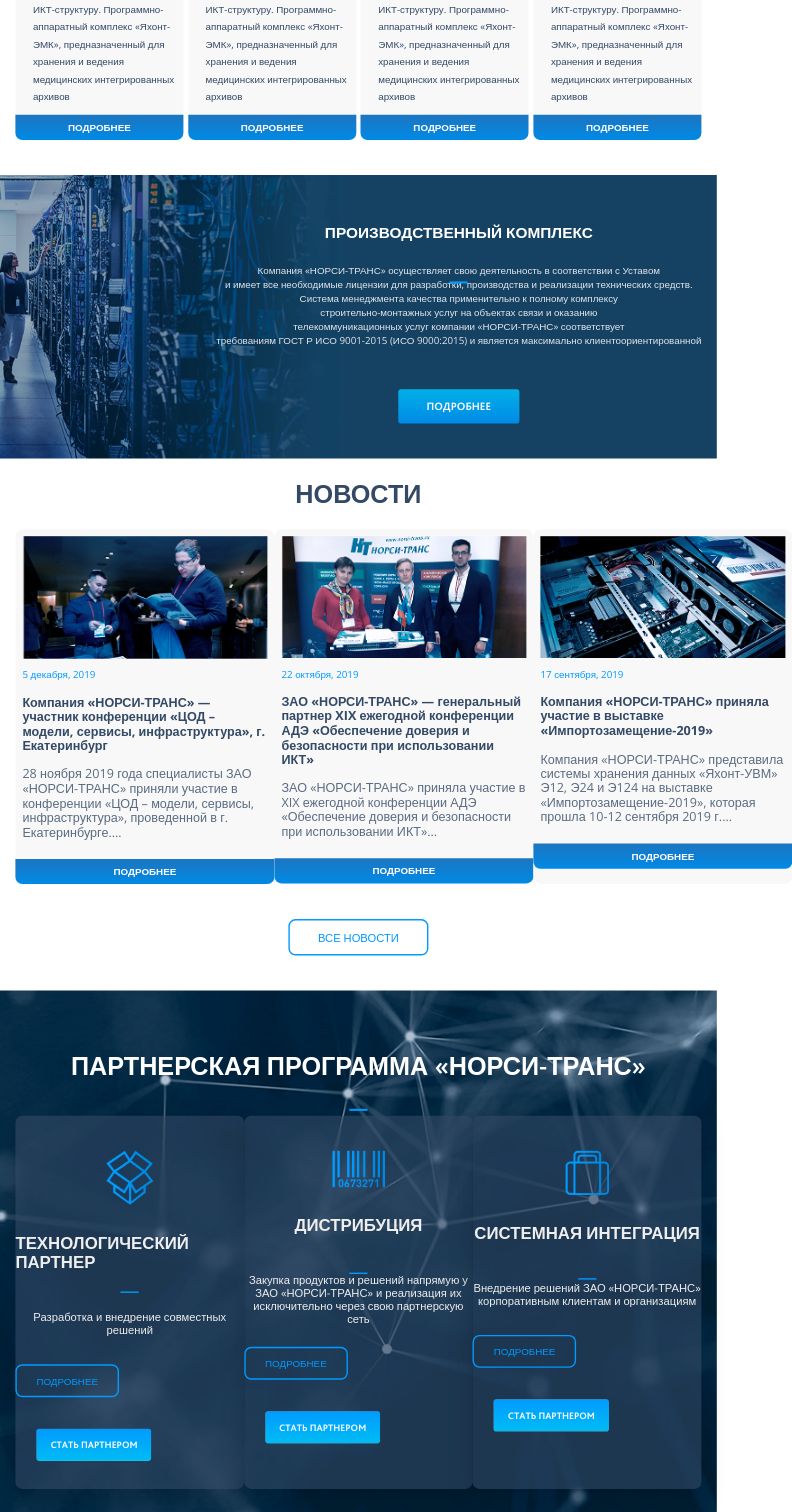
Repository: frostnn/testTaskBurbon
Page: app/index.html
These files come from the project's save history. The page is drawn as it stood at one moment and after the next save; the edit follows.
The browser window is 1024 px wide. The page is 1132 px wide, so the pictures cover 1132 px, including what lies to the right of the window. The pictures show the part of the page from y = 920 to 3080 px (the page is 3411 px tall before and 3429 px after), at 70% of full size.
The style sheet was rebuilt from its Sass, Less or Tailwind sources for each picture, by a compiler version that may differ from the author's.

Above is the page before, as saved 2020-07-16 10:42:24.

After the next save:
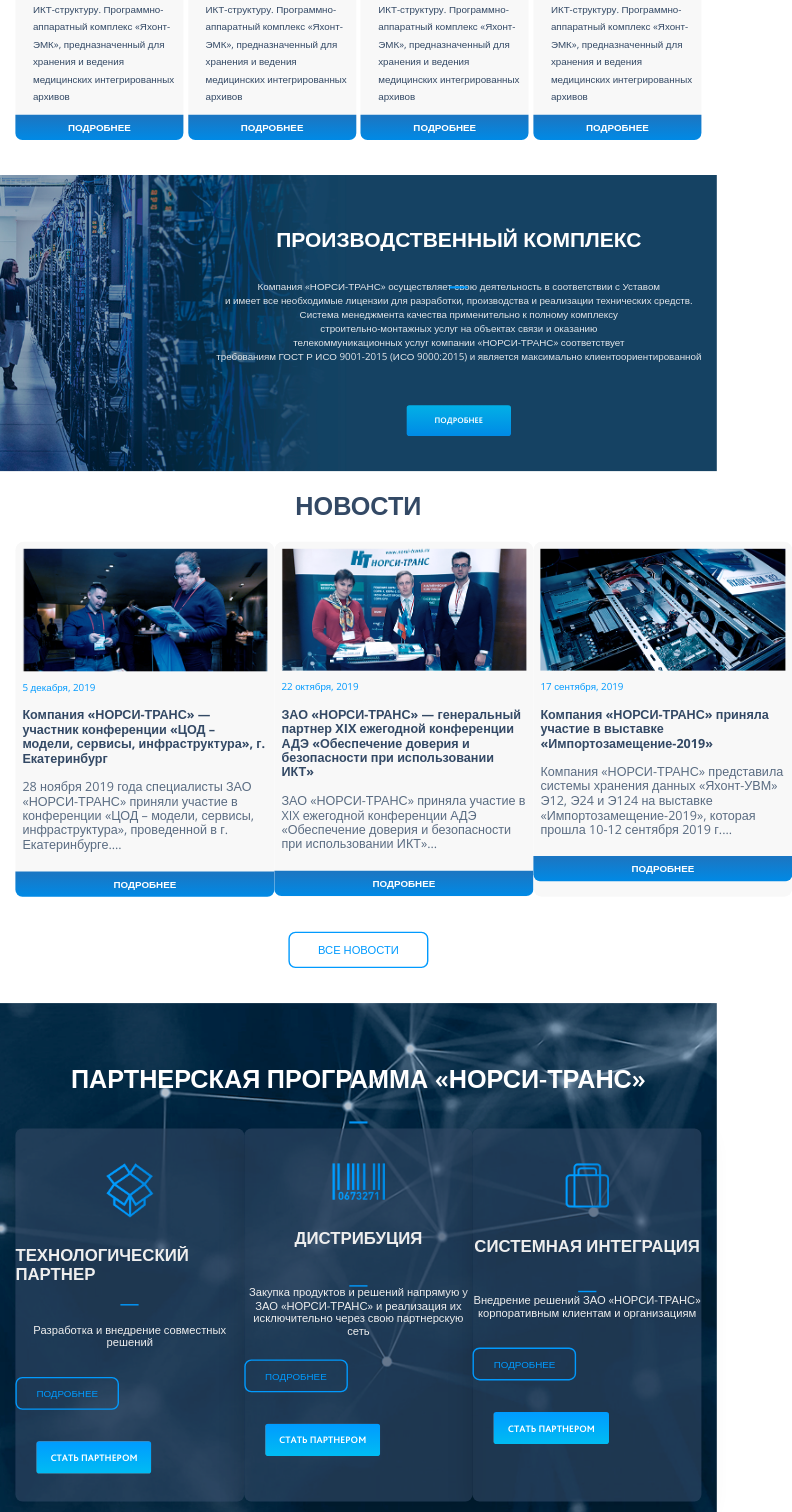
Saved 39 s later.
--- a/app/scss/_media.scss
+++ b/app/scss/_media.scss
@@ -222,36 +222,13 @@
     }
   }
   .production-block {
-    margin-top: 50px;
-    max-width: 800px;
-    display: flex;
-    flex-direction: column;
-    align-items: center;
-    .production-block__title {
-      font-size: 22px;
-        &::before {
-        content: '';
-        position: absolute;
-        bottom: 0;
-        top: 85px;
-        left: 0;
-        margin: auto;
-        right: 0;
-        width: 26px;
-        height: 3px;
-        background-color: $blue;
-      }
-    }
     .production-block__text {
-      color:  #e3e6ea;
-      text-align: center;
-      font-weight: 300;
-      line-height: 20px;
-      margin-bottom: 60px;
+
       font-size: 14px;
     }
     .production-block__link {
       margin-bottom: 50px;
-    }
-  }
-}
+      font-size: 12px;
+    }
+  }
+}
